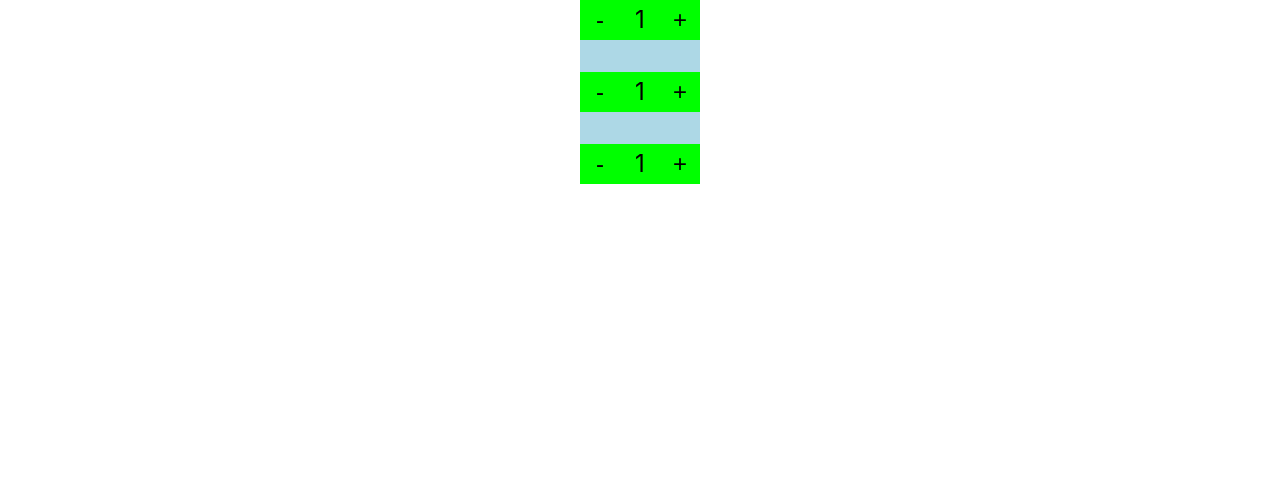
Repository: max535/test-task-netrika
Page: /
These files come from the project's save history. The page is drawn as it stood at one moment and after the next save; the edit follows.
The browser window is 1280 px wide. The pictures show the whole page.
The project was rebuilt for these pictures with package versions that can differ from the ones it lists, and the page was loaded fresh each time.

Above is the page before, as saved 2021-10-16 07:25:07.

### public/index.html
<!DOCTYPE html>
<html lang="en">
  <head>
    <meta charset="utf-8" />
    <meta name="viewport" content="width=device-width, initial-scale=1" />
    <title>Тестовые задания</title>
  </head>
  <body>
    <div id="root"></div>
  </body>
</html>

### src/App.js
import React from 'react';
import Counter from './Counter/Counter';
import './App.css';

function App() {
  return (
    <div className="App">
      <div className="Frame">
        <Counter className="White" />
        <Counter className="Red" />
        <Counter className="Lime" />
      </div>
    </div>
  );
}

export default App;

### src/Counter/Counter.js
import React, { useState } from 'react';
import "./Counter.css";

const Counter = () => {
    const [count, setCount] = useState(1);

    const handleIncrement = () => {
        setCount(count + 1);
    }

    const handleDecrement = () => {
        setCount(count - 1);
    }

    return (
        <div className="Counter">
            <button className="Decrement" onClick={handleDecrement}>-</button>
            <div className="Count">{count}</div>
            <button className="Increment" onClick={handleIncrement}>+</button>
        </div>
    );
}

export default Counter;

### src/App.css
.App {
  width: 100%;
  height: 100%;
  display: flex;
  flex-direction: column;
  justify-content: center;
  align-items: center;
}

### src/Counter/Counter.css
.Frame {
    display: flex;
    flex-direction: column;
    justify-content: space-between;
    align-items: center;
    width: 120px;
    height: 184px;
    background-color: lightblue;
}


.Counter {
    display: flex;
    flex-direction: row;
    justify-content: space-between;
    width: 120px;
    height: 40px;
    background-color: lime;
    border: 0;
    border-radius: 4px;

}

.Decrement, .Increment {
    width: 40px;
    height: 40px;
    border: none;
    background-color: inherit;
    font-size: 24px;
}

/* .Increment {
    width: 40px;
    height: 40px;
} */

.Count {
    width: 40px;
    height: 40px;
    font-size: 24px;
    text-align: center;
    margin-top: 5px;
}

Loaded but not shown: src/index.js (common file); src/index.css (common file)

After the next save:
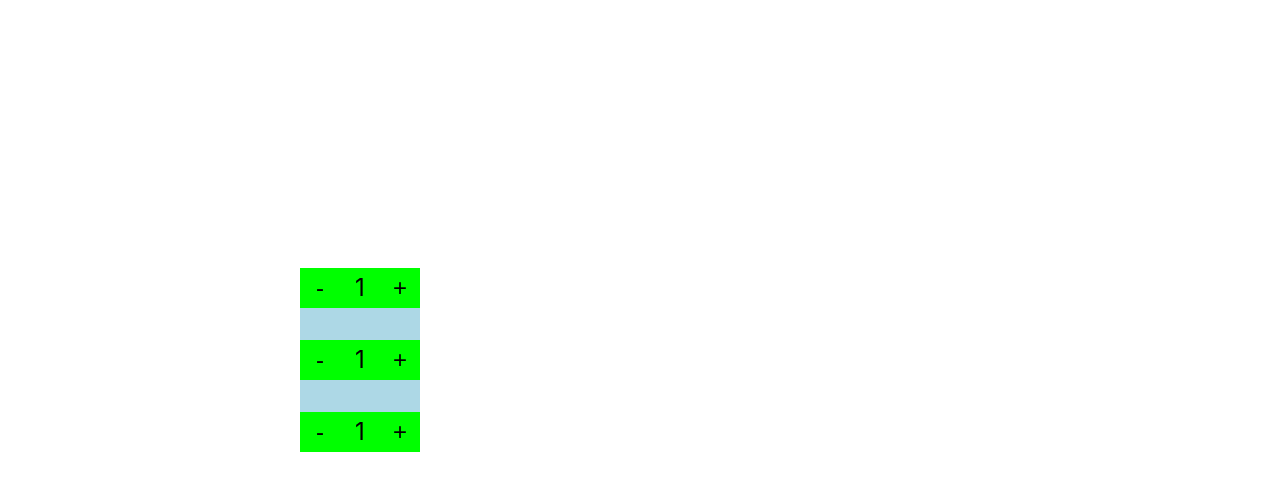
Saved 55 s later.
--- a/src/App.css
+++ b/src/App.css
@@ -1,6 +1,6 @@
 .App {
-  width: 100%;
-  height: 100%;
+  width: 100vh;
+  height: 100vh;
   display: flex;
   flex-direction: column;
   justify-content: center;
